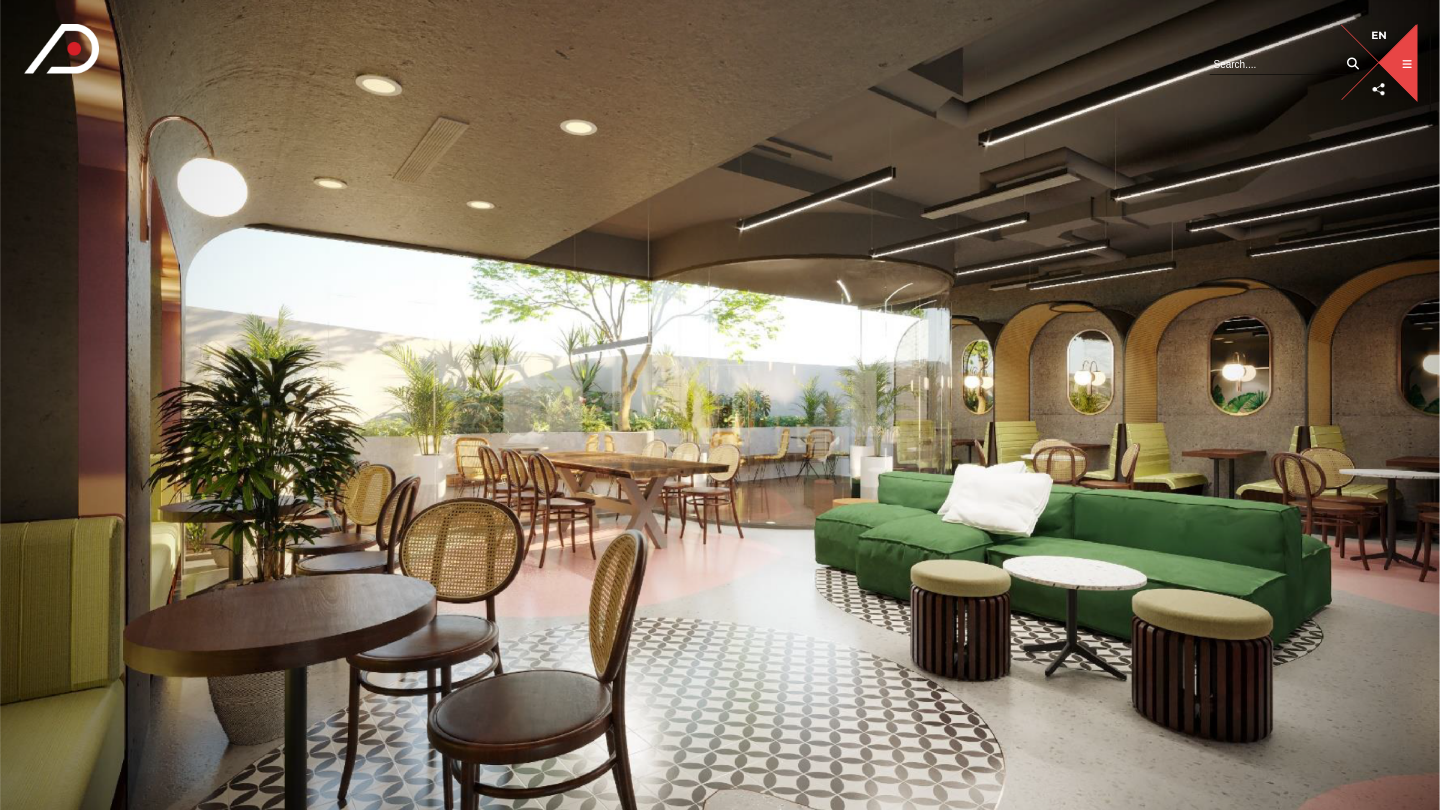
Repository: iphoneboy46/demoMonaFigma
Page: index.html
An editor plug-in stored every save of this project. The page is shown before and after the next save, followed by the edit.
The browser window is 1280 px wide. The page is 1920 px wide, so the pictures cover 1920 px, including what lies to the right of the window. The pictures show the whole page, at 75% of full size.
Some web libraries are served in a nearby version.

Above is the page before, as saved 2023-03-20 13:01:46.

After the next save:
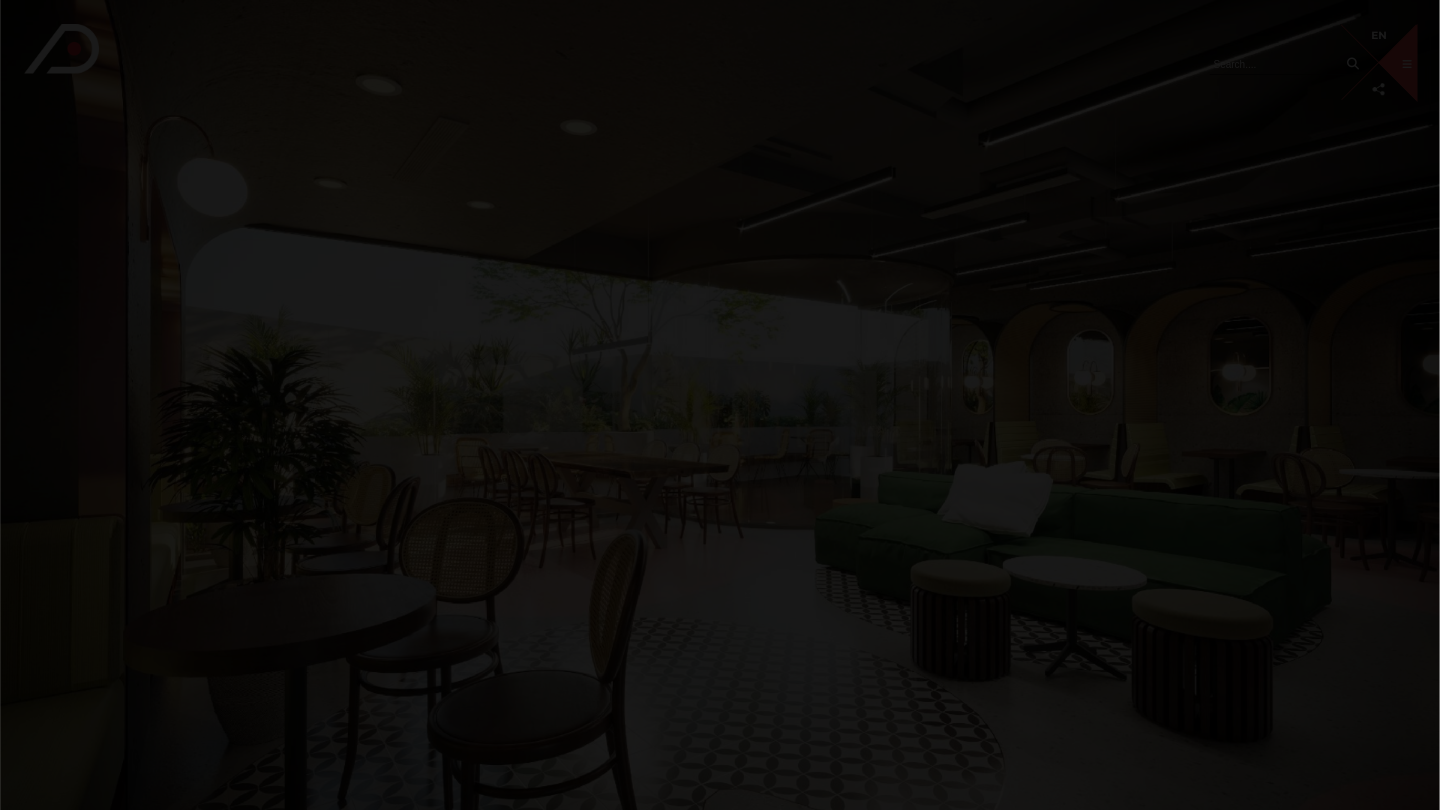
Saved 40 s later.
--- a/style.css
+++ b/style.css
@@ -19,7 +19,7 @@ header {
     background: url(./image/img-pip@2x\ 1.png);
     background-size: 100%;
     background-repeat: no-repeat;
-    filter: blur(1);
+    filter: brightness(10%);
     z-index: 1;
     font-family: "Montserrat", sans-serif;
 }
